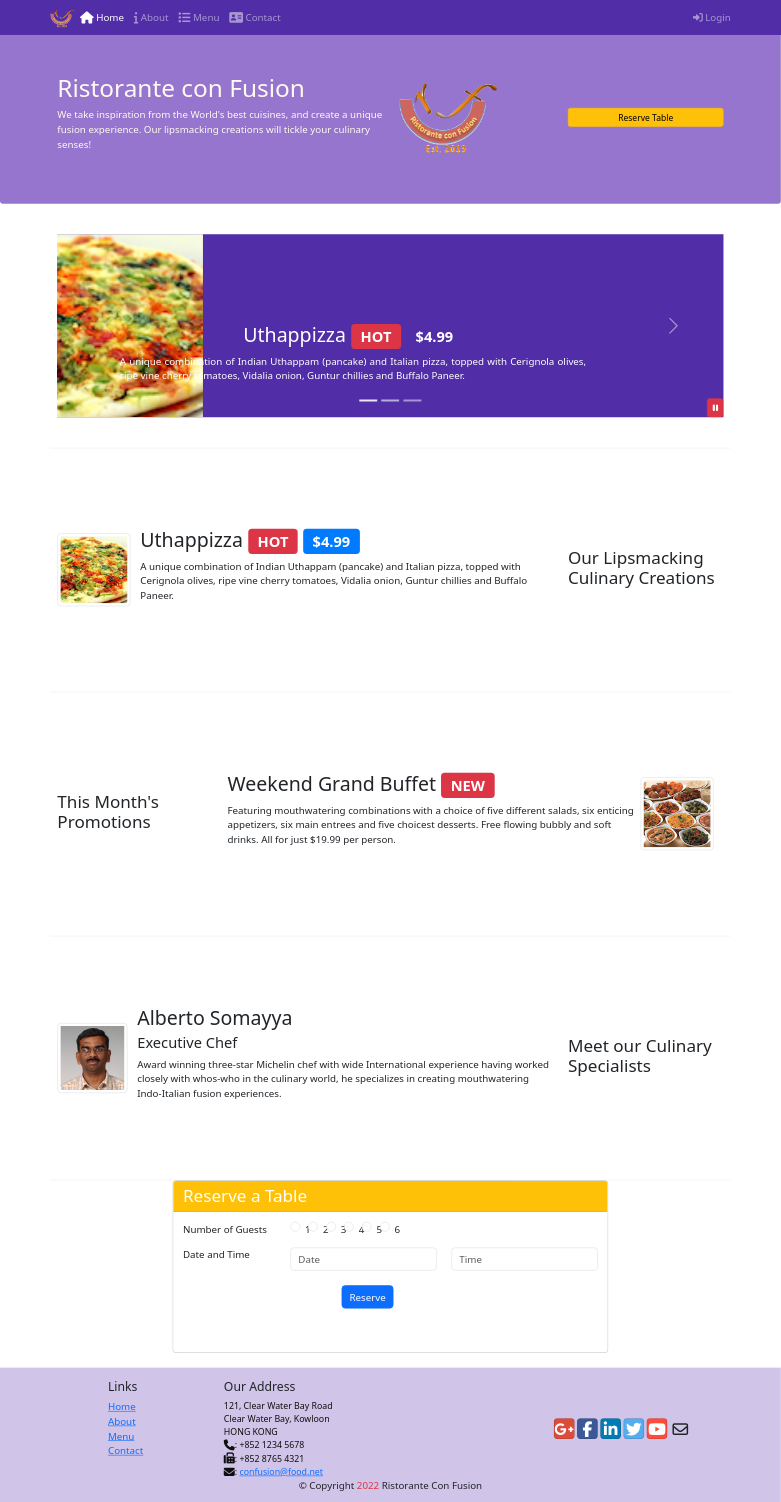
Repository: HoaHoang25092001/Bootstrap4-jQueryAndSass
Page: index.html
These files come from the project's save history. The page is drawn as it stood at one moment and after the next save; the edit follows.
The browser window is 1280 px wide. The pictures show the whole page, at 61% of full size.
Some web libraries are served in a nearby version.

Above is the page before, as saved 2022-06-05 12:43:06.

After the next save:
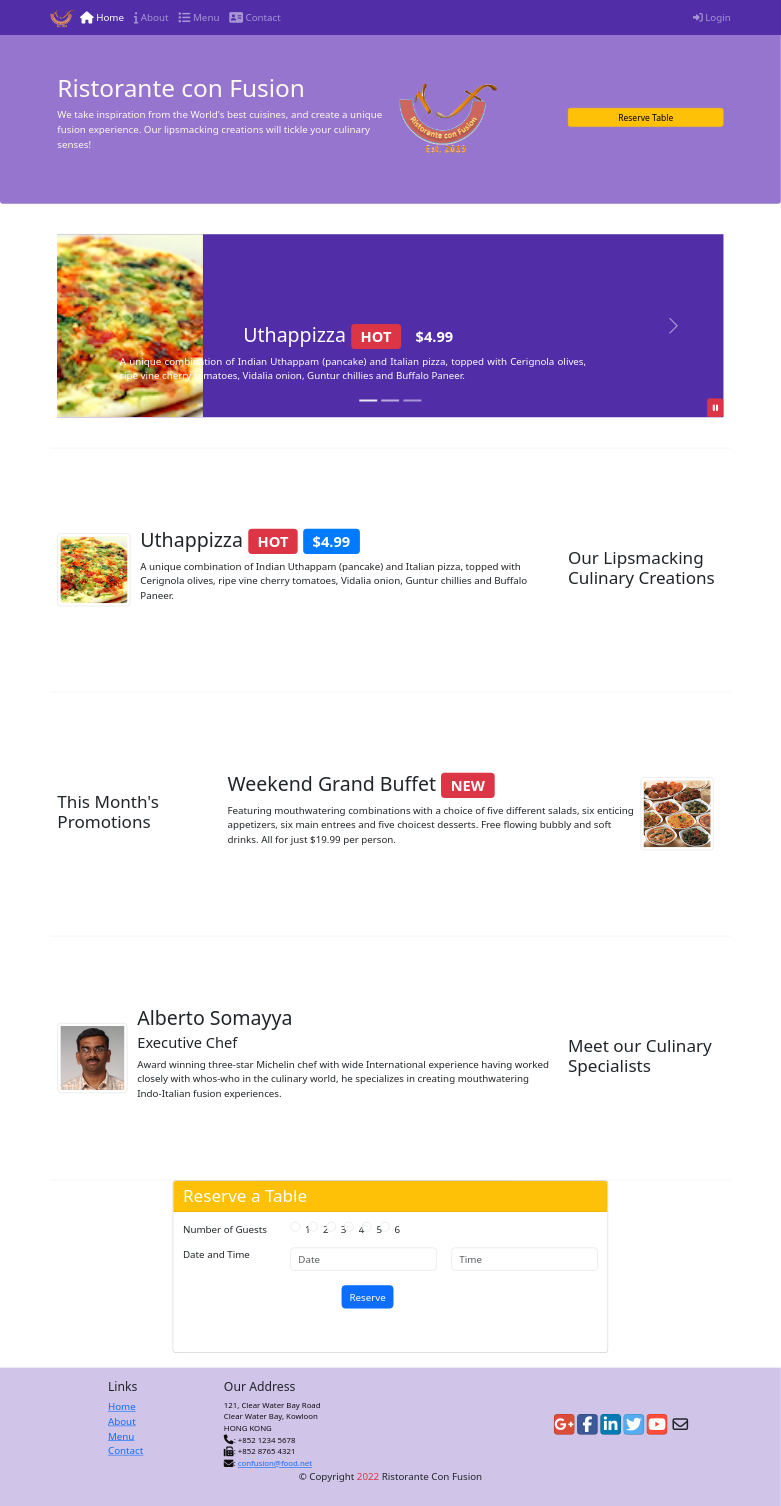
Saved 9 min 38 s later.
--- a/css/styles.css
+++ b/css/styles.css
@@ -1,74 +1,67 @@
 .row-header {
-	margin: 0px auto;
-	padding: 0px;
-}
+  margin: 0px auto;
+  padding: 0px 0px; }
 
 .row-content {
-	margin: 0 auto;
-	padding: 50px 0px 50px 0px;
-	border-bottom: 1px ridge;
-	min-height: 400px;
-}
+  margin: 0px auto;
+  padding: 50px 0px;
+  border-bottom: 1px ridge;
+  min-height: 400px; }
 
 .footer {
-	background-color: #D1C4E9;
-	margin: 0px auto;
-	padding: 20px 0px 0px 0px;
-}
+  background-color: #D1C4E9;
+  margin: 0px auto;
+  padding: 20px 0px; }
 
 .jumbotron {
-	padding: 70px 30px 70px 30px;
-	margin: 0px auto;
-	background: #9575CD;
-	color: floralwhite;
-}
+  margin: 0px auto;
+  padding: 70px 30px;
+  background: #9575CD;
+  color: floralwhite; }
 
 address {
-	font-size: 90%;
-	margin: 0px;
-	color: #0f0f0f;
-}
+  font-size: 80%;
+  margin: 0px;
+  color: #0f0f0f; }
 
-body{
-    padding:50px 0px 0px 0px;
-    z-index:0;
-}
+body {
+  padding: 50px 0px 0px 0px;
+  z-index: 0; }
 
 .navbar-dark {
-     background-color: #512DA8;
-}
-
-.google-map {
-	padding: 10px 0px;
-	border-radius: 100%;
-	overflow: hidden;
-}
+  background-color: #512DA8; }
 
 .tab-content {
-    border-left: 1px solid #ddd;
-    border-right: 1px solid #ddd;
-    border-bottom: 1px solid #ddd;
-    padding: 10px;
-}
+  border-left: 1px solid #ddd;
+  border-right: 1px solid #ddd;
+  border-bottom: 1px solid #ddd; }
+
+.modal-header {
+  background-color: #512DA8;
+  color: #ddd; }
+
+.modal-body {
+  background-color: #9575CD; }
+
+.close {
+  color: #ddd; }
 
 .carousel {
-    background:#512DA8;
+  background: #512DA8;
 }
-
-.carousel-item {
+.carousel .carousel-item {
   height: 300px;
 }
-
-.carousel-item img {
-    position: absolute;
-    top: 0;
-    left: 0;
-    min-height: 300px;
+.carousel .carousel-item img {
+  position: absolute;
+  top: 0;
+  left: 0;
+  min-height: 300px;
 }
 
 #carouselButton {
-    right:0px;
-    position: absolute;
-    bottom: 0px;
-    z-index: 1;
+  right: 0px;
+  position: absolute;
+  bottom: 0px;
+  z-index: 1;
 }
